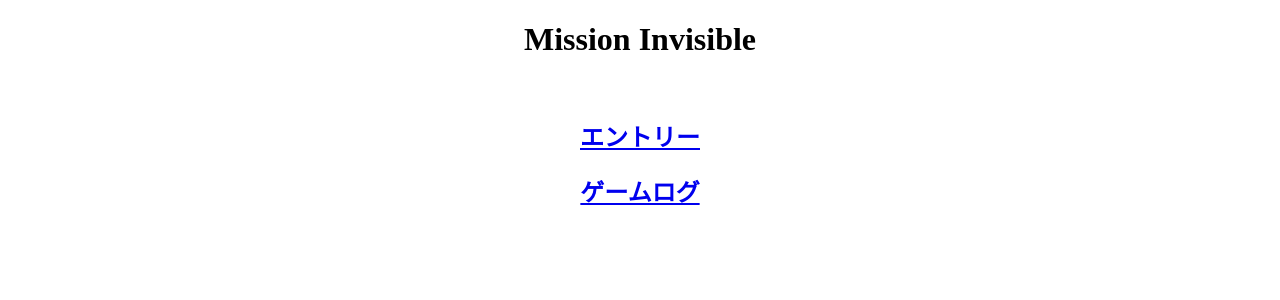
Repository: shoma2491/Mission_Invisible
Page: src/main/resources/static/index.html
The author's editor kept a copy of each file at every save. The page is drawn from the files as they stood at one save, then again after a run of saves.
The browser window is 1280 px wide. The pictures show the whole page.

Above is the page before, as saved 2022-01-18 14:47:01.

### src/main/resources/static/index.html
<!DOCTYPE html>
<html>

<head>
  <meta charset="utf-8">
  <title>Mission Invisible</title>
</head>

<body>
  <h1 style="text-align:center">Mission Invisible</h1><br />
  <h2 style="text-align:center"><a href="/entry">エントリー</a><br/></h2>
  <h2 style="text-align:center"><a href="/log">ゲームログ</a><br/></h2>
</body>

</html>

After the next 2 saves:
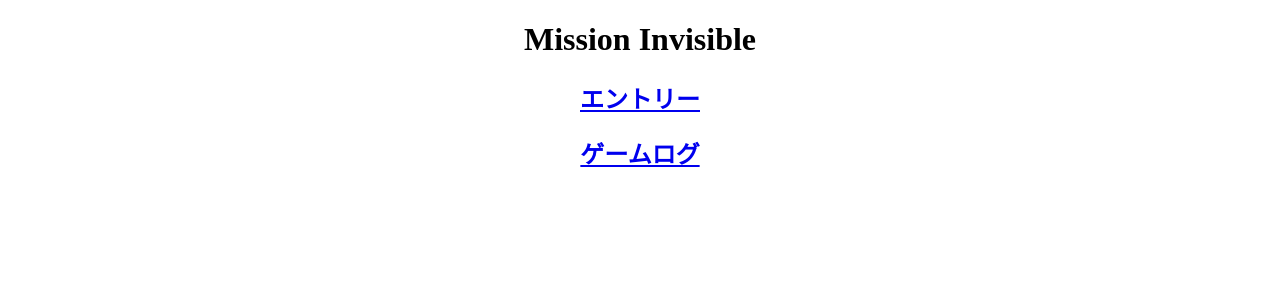
The 2 saves are shown as one change because they came seconds apart.
The last was saved 7 s later.
--- a/src/main/resources/static/index.html
+++ b/src/main/resources/static/index.html
@@ -7,9 +7,9 @@
 </head>
 
 <body>
-  <h1 style="text-align:center">Mission Invisible</h1><br />
-  <h2 style="text-align:center"><a href="/entry">エントリー</a><br/></h2>
-  <h2 style="text-align:center"><a href="/log">ゲームログ</a><br/></h2>
+  <h1 style="text-align:center">Mission Invisible</h1>
+  <h2 style="text-align:center"><a href="/entry">エントリー</a></h2>
+  <h2 style="text-align:center"><a href="/log">ゲームログ</a></h2>
 </body>
 
 </html>
